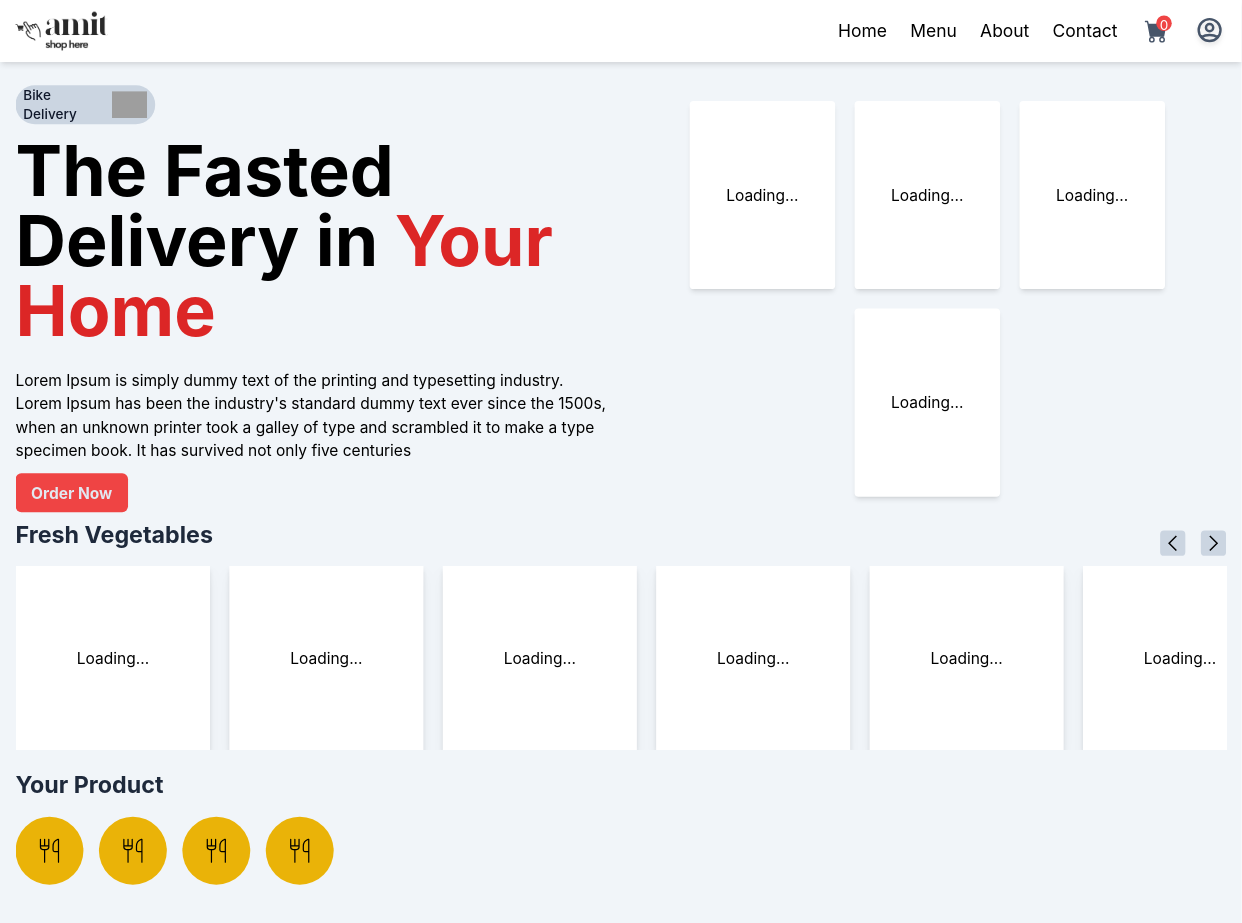
Repository: Lehuyhuynh/Web_ban_hoa_qua
Page: / (app in frontend/)
An editor plug-in stored every save of this project. The page is shown before and after the next save, followed by the edit.
The browser window is 1280 px wide. The pictures show the whole page, at 97% of full size.
Pictures or frames that could not be fetched are drawn as grey boxes. The page's requests for data from a server got no answer. The project was rebuilt for these pictures with package versions that can differ from the ones it lists, and the page was loaded fresh each time. No one was signed in, and anything a server would have sent is missing. Also part of the build but not shown: frontend/src/page/Menu.js, frontend/src/page/About.js, frontend/src/page/Contact.js, frontend/src/page/login.js, frontend/src/utility/ImagetoBase64.js, frontend/src/page/Newproduct.js, frontend/src/page/Signup.js.

Above is the page before, as saved 2024-01-06 20:56:39.

### frontend/src/index.js
import React from "react";
import ReactDOM from "react-dom/client";
import "./index.css";
import App from "./App";
import reportWebVitals from "./reportWebVitals";
import {
  createBrowserRouter,
  createRoutesFromElements,
  Route,
  RouterProvider,
} from "react-router-dom";

import Home from "./page/Home";
import Menu from "./page/Menu";
import About from "./page/About";
import Contact from "./page/Contact";
import Login from "./page/login";
import NewProduct from "./page/Newproduct";
import Signup from "./page/Signup";
import { store } from "./redux/index";
import { Provider } from "react-redux";

const router = createBrowserRouter(
  createRoutesFromElements(
    <Route path="/" element={<App />}>
      <Route index element={<Home />} />
      <Route path="menu" element={<Menu />} />
      <Route path="about" element={<About />} />
      <Route path="contact" element={<Contact />} />
      <Route path="login" element={<Login />} />
      <Route path="newproduct" element={<NewProduct />} />
      <Route path="signup" element={<Signup />} />
    </Route>
  )
);

const root = ReactDOM.createRoot(document.getElementById("root"));
root.render(
  <Provider store={store}>
    <RouterProvider router={router} />
  </Provider>
);

// If you want to start measuring performance in your app, pass a function
// to log results (for example: reportWebVitals(console.log))
// or send to an analytics endpoint. Learn more: https://bit.ly/CRA-vitals
reportWebVitals();

### frontend/src/App.js
import Header from "./component/Header";
import { Outlet } from "react-router-dom";
import toast, { Toaster } from "react-hot-toast";
import { useEffect } from "react";
import { useDispatch, useSelector } from "react-redux";
import { setDataProduct } from "./redux/productSlide";

function App() {
  const dispatch = useDispatch();
  const productData = useSelector((state) => state.product);

  useEffect(() => {
    (async () => {
      const res = await fetch(`${process.env.REACT_APP_SERVER_DOMIN}/product`);
      const resData = await res.json();
      console.log(1, resData);
      dispatch(setDataProduct(resData));
    })();
  }, []);

  return (
    <>
      <Toaster />
      <div>
        <Header />
        <main className="pt-16 bg-slate-100 min-h-[calc(100vh)]">
          <Outlet />
        </main>
      </div>
    </>
  );
}

export default App;

### frontend/src/page/Home.js
import React, { useEffect, useRef, useState } from "react";
import { useSelector } from "react-redux";
import CardFeature from "../component/CardFeature";
import HomeCard from "../component/HomeCard";
import { GrPrevious, GrNext } from "react-icons/gr";
import FilterProduct from "../component/FilterProduct";
// import AllProduct from "../component/AllProduct";
// import { CiForkAndKnife } from "react-icons/ci";

const Home = () => {
  const productData = useSelector((state) => state.product.productList);
  console.log(productData);
  const homeProductCartList = productData.slice(1, 5);
  const homeProductCartListVegetables = productData.filter(
    (el) => el.category === "vegetable",
    []
  );
  const loadingArray = new Array(4).fill(null);
  const slideProductRef = useRef();
  const loadingArrayFeature = new Array(10).fill(null);

  const nextProduct = () => {
    slideProductRef.current.scrollLeft += 200;
  };
  const preveProduct = () => {
    slideProductRef.current.scrollLeft -= 200;
  };

  return (
    <div className="p-2 md:p-4">
      <div className="md:flex gap-4 py-2">
        <div className="md:w-1/2">
          <div className="flex gap-3 bg-slate-300 w-36 px-2 items-center rounded-full">
            <p className="text-sm font-medium text-slate-900">Bike Delivery</p>
            <img
              src="https://cdn-icons-png.flaticon.com/512/2972/2972185.png"
              className="h-7"
            />
          </div>
          <h2 className="text-4xl md:text-7xl font-bold py-3">
            The Fasted Delivery in{" "}
            <span className="text-red-600 text-">Your Home</span>
          </h2>
          <p className="py-3 text-base ">
            Lorem Ipsum is simply dummy text of the printing and typesetting
            industry. Lorem Ipsum has been the industry's standard dummy text
            ever since the 1500s, when an unknown printer took a galley of type
            and scrambled it to make a type specimen book. It has survived not
            only five centuries
          </p>
          <button className="font-bold bg-red-500 text-slate-200 px-4 py-2 rounded-md">
            Order Now
          </button>
        </div>

        <div className="md:w-1/2 flex flex-wrap gap-5 p-4 justify-center">
          {homeProductCartList[0]
            ? homeProductCartList.map((el) => {
                return (
                  <HomeCard
                    key={el._id}
                    id={el._id}
                    image={el.image}
                    name={el.name}
                    price={el.price}
                    category={el.category}
                  />
                );
              })
            : loadingArray.map((el, index) => {
                return (
                  <HomeCard key={index + "loading"} loading={"Loading..."} />
                );
              })}
        </div>
      </div>

      <div className="">
        <div className="flex w-full items-center">
          <h2 className="font-bold text-2xl text-slate-800 mb-4">
            Fresh Vegetables
          </h2>
          <div className="ml-auto flex gap-4">
            <button
              onClick={preveProduct}
              className="bg-slate-300 hover:bg-slate-400 text-lg  p-1 rounded"
            >
              <GrPrevious />
            </button>
            <button
              onClick={nextProduct}
              className="bg-slate-300 hover:bg-slate-400 text-lg p-1 rounded "
            >
              <GrNext />
            </button>
          </div>
        </div>
        <div
          className="flex gap-5 overflow-scroll scrollbar-none scroll-smooth transition-all"
          ref={slideProductRef}
        >
          {homeProductCartListVegetables[0]
            ? homeProductCartListVegetables.map((el) => {
                return (
                  <CardFeature
                    key={el._id + "vegetable"}
                    id={el._id}
                    name={el.name}
                    category={el.category}
                    price={el.price}
                    image={el.image}
                  />
                );
              })
            : loadingArrayFeature.map((el, index) => (
                <CardFeature loading="Loading..." key={index + "cartLoading"} />
              ))}
        </div>
      </div>
      {/* <AllProduct heading={"Your Product"} /> */}

      <div className=" my-5">
        <h2 className="font-bold text-2xl text-slate-800 mb-4">Your Product</h2>

        <div className=" flex gap-4">
          <FilterProduct />
          <FilterProduct />
          <FilterProduct />
          <FilterProduct />
        </div>
      </div>
    </div>
  );
};

export default Home;

### frontend/src/redux/index.js
import { configureStore } from "@reduxjs/toolkit";
import userSliceReducer from "./userSlice";
import productSlideReducer from "./productSlide";

export const store = configureStore({
  reducer: {
    user: userSliceReducer,
    product: productSlideReducer,
  },
});

### frontend/src/component/Header.js
import React, { useState } from "react";
import { Link } from "react-router-dom";
import logo from "../assest/logo .png";
import { HiOutlineUserCircle } from "react-icons/hi";
import { BsCartFill } from "react-icons/bs";
import { useDispatch, useSelector } from "react-redux";
import { logoutRedux } from "../redux/userSlice";
import { toast } from "react-hot-toast";

const Header = () => {
  const [showMenu, setShowMenu] = useState(false);
  const userData = useSelector((state) => state.user);
  const dispatch = useDispatch();

  const handleShowMenu = () => {
    setShowMenu((preve) => !preve);
  };
  const handleLogout = () => {
    dispatch(logoutRedux());
    toast("Logout successfully");
  };

  const cartItemNumber = useSelector((state) => state.product.cartItem);
  return (
    <header className="fixed shadow-md w-full h-16 px-2 md:px-4 z-50 bg-white">
      {/* desktop */}

      <div className="flex items-center h-full justify-between">
        <Link to={""}>
          <div className="h-10">
            <img src={logo} className="h-full" />
          </div>
        </Link>

        <div className="flex items-center gap-4 md:gap-7">
          <nav className="gap-4 md:gap-6 text-base md:text-lg hidden md:flex">
            <Link to={""}>Home</Link>
            <Link to={"menu/63f0fdbb3bcc2f97fa53d25d"}>Menu</Link>
            <Link to={"about"}>About</Link>
            <Link to={"contact"}>Contact</Link>
          </nav>
          <div className="text-2xl text-slate-600 relative">
            <Link to={"cart"}>
              <BsCartFill />
              <div className="absolute -top-1 -right-1 text-white bg-red-500 h-4 w-4 rounded-full m-0 p-0 text-sm text-center ">
                {cartItemNumber.length}
              </div>
            </Link>
          </div>
          <div className=" text-slate-600" onClick={handleShowMenu}>
            <div className="text-3xl cursor-pointer w-8 h-8 rounded-full overflow-hidden drop-shadow-md">
              {userData.image ? (
                <img src={userData.image} className="h-full w-full" />
              ) : (
                <HiOutlineUserCircle />
              )}
            </div>
            {showMenu && (
              <div className="absolute right-2 bg-white py-2  shadow drop-shadow-md flex flex-col min-w-[120px] text-center">
                {userData.email === process.env.REACT_APP_ADMIN_EMAIL && (
                  <Link
                    to={"newproduct"}
                    className="whitespace-nowrap cursor-pointer px-2"
                  >
                    New product
                  </Link>
                )}

                {userData.image ? (
                  <p
                    className="cursor-pointer text-white px-2 bg-red-500"
                    onClick={handleLogout}
                  >
                    Logout ({userData.firstName}){" "}
                  </p>
                ) : (
                  <Link
                    to={"login"}
                    className="whitespace-nowrap cursor-pointer px-2"
                  >
                    Login
                  </Link>
                )}
                <nav className="text-base md:text-lg flex flex-col md:hidden">
                  <Link to={""} className="px-2 py-1">
                    Home
                  </Link>
                  <Link
                    to={"menu/63f0fdbb3bcc2f97fa53d25d"}
                    className="px-2 py-1"
                  >
                    Menu
                  </Link>
                  <Link to={"about"} className="px-2 py-1">
                    About
                  </Link>
                  <Link to={"contact"} className="px-2 py-1">
                    Contact
                  </Link>
                </nav>
              </div>
            )}
          </div>
        </div>
      </div>

      {/* mobile */}
    </header>
  );
};

export default Header;

### frontend/src/redux/productSlide.js
import { createSlice } from "@reduxjs/toolkit";
import { toast } from "react-hot-toast";

const initialState = {
  productList: [],
  cartItem: [],
};

export const productSlice = createSlice({
  name: "product",
  initialState,
  reducers: {
    setDataProduct: (state, action) => {
      console.log(action);
      state.productList = [...action.payload];
    },
    // addCartItem: (state, action) => {
    //   const check = state.cartItem.some((el) => el._id === action.payload._id);
    //   if (check) {
    //     toast("Already Item in Cart");
    //   } else {
    //     toast("Item Add successfully");
    //     const total = action.payload.price;
    //     state.cartItem = [
    //       ...state.cartItem,
    //       { ...action.payload, qty: 1, total: total },
    //     ];
    //   }
    // },
    // deleteCartItem: (state, action) => {
    //   toast("one Item Delete");
    //   const index = state.cartItem.findIndex((el) => el._id === action.payload);
    //   state.cartItem.splice(index, 1);
    //   console.log(index);
    // },
    // increaseQty: (state, action) => {
    //   const index = state.cartItem.findIndex((el) => el._id === action.payload);
    //   let qty = state.cartItem[index].qty;
    //   const qtyInc = ++qty;
    //   state.cartItem[index].qty = qtyInc;

    //   const price = state.cartItem[index].price;
    //   const total = price * qtyInc;

    //   state.cartItem[index].total = total;
    // },
    // decreaseQty: (state, action) => {
    //   const index = state.cartItem.findIndex((el) => el._id === action.payload);
    //   let qty = state.cartItem[index].qty;
    //   if (qty > 1) {
    //     const qtyDec = ++qty;
    //     state.cartItem[index].qty = qtyDec;

    //     const price = state.cartItem[index].price;
    //     const total = price * qtyDec;

    //     state.cartItem[index].total = total;
    //   }
    // },
  },
});

export const {
  setDataProduct,
  // addCartItem,
  // deleteCartItem,
  // increaseQty,
  // decreaseQty,
} = productSlice.actions;

export default productSlice.reducer;

### frontend/src/component/CardFeature.js
import React from "react";
import { useDispatch } from "react-redux";
import { Link } from "react-router-dom";
// import { addCartItem, increaseQty } from "../redux/productSlide";

const CardFeature = ({ image, name, price, category, loading, id }) => {
  const dispatch = useDispatch();

  const handleAddCartProduct = (e) => {
    // dispatch(
    //   addCartItem({
    //     _id: id,
    //     name: name,
    //     price: price,
    //     category: category,
    //     image: image,
    //   })
    // );
  };

  return (
    <div className="w-full min-w-[200px] max-w-[200px] bg-white hover:shadow-lg drop-shadow-lg py-5 px-4 cursor-pointer flex flex-col ">
      {" "}
      {image ? (
        <>
          <Link
            to={`/menu/${id}`}
            onClick={() => window.scrollTo({ top: "0", behavior: "smooth" })}
          >
            <div className="h-28 flex flex-col justify-center items-center">
              <img src={image} className="h-full" />
            </div>
            <h3 className="font-semibold text-slate-600  capitalize text-lg mt-4 whitespace-nowrap overflow-hidden">
              {name}
            </h3>
            <p className=" text-slate-500  font-medium">{category}</p>
            <p className=" font-bold">
              <span>{price}</span>
              <span className="text-red-500">đ</span>
            </p>
          </Link>
          <button
            className="bg-yellow-500 py-1 mt-2 rounded hover:bg-yellow-600 w-full"
            onClick={handleAddCartProduct}
          >
            Add Cart
          </button>
        </>
      ) : (
        <div className="min-h-[150px] flex justify-center items-center">
          <p>{loading}</p>
        </div>
      )}
    </div>
  );
};

export default CardFeature;

### frontend/src/component/HomeCard.js
import React from "react";
import { Link } from "react-router-dom";

const HomeCard = ({ name, image, category, price, loading, id }) => {
  return (
    <div className="bg-white shadow-md p-2 rounded min-w-[150px]">
      {name ? (
        <>
          <Link
            to={`/menu/${id}`}
            onClick={() => window.scrollTo({ top: "0", behavior: "smooth" })}
          >
            <div className="w-40 min-h-[150px]">
              <img src={image} className="h-full w-full" />
            </div>
            <h3 className="font-semibold text-slate-600 text-center capitalize text-lg">
              {name}
            </h3>
            <p className="text-center text-slate-500  font-medium">
              {category}
            </p>
            <p className="text-center font-bold">
              {/* <span className="text-red-500">đ</span> */}
              <span>{price}</span>
              <span className="text-red-500">đ</span>
            </p>
          </Link>
        </>
      ) : (
        <div className="flex justify-center items-center h-full">
          <p>{loading}</p>
        </div>
      )}
    </div>
  );
};

export default HomeCard;

### frontend/src/component/FilterProduct.js
import React from "react";
import { CiForkAndKnife } from "react-icons/ci";

const FilterProduct = ({ category, onClick, isActive }) => {
  return (
    <div onClick={onClick}>
      <div
        className={`text-3xl p-5  rounded-full cursor-pointer ${
          isActive ? "bg-red-600 text-white" : "bg-yellow-500"
        }`}
      >
        <CiForkAndKnife />
      </div>
      <p className="text-center font-medium my-1 capitalize">{category}</p>
    </div>
  );
};

export default FilterProduct;

### frontend/src/redux/userSlice.js
import { createSlice } from "@reduxjs/toolkit";

const initialState = {
  email: "",
  firstName: "",
  image: "",
  lastName: "",
  _id: "",
};

export const userSlice = createSlice({
  name: "user",
  initialState,
  reducers: {
    loginRedux: (state, action) => {
      console.log(action.payload.data);
      console.log(action);
      // state.user = action.payload.data;
      state._id = action.payload.data._id;
      state.firstName = action.payload.data.firstName;
      state.lastName = action.payload.data.lastName;
      state.email = action.payload.data.email;
      state.image = action.payload.data.image;
    },
    logoutRedux: (state, action) => {
      state._id = "";
      state.firstName = "";
      state.lastName = "";
      state.email = "";
      state.image = "";
    },
  },
});

export const { loginRedux, logoutRedux } = userSlice.actions;

export default userSlice.reducer;

### frontend/tailwind.config.js
/** @type {import('tailwindcss').Config} */
module.exports = {
  content: ["./src/**/*.{html,js}"],
  theme: {
    extend: {},
  },
  plugins: [
    // ...
    require("tailwind-scrollbar")({ nocompatible: true }),
  ],
};

Loaded but not shown: frontend/public/index.html (common file); frontend/src/index.css (common file); frontend/src/reportWebVitals.js (common file)

After the next save:
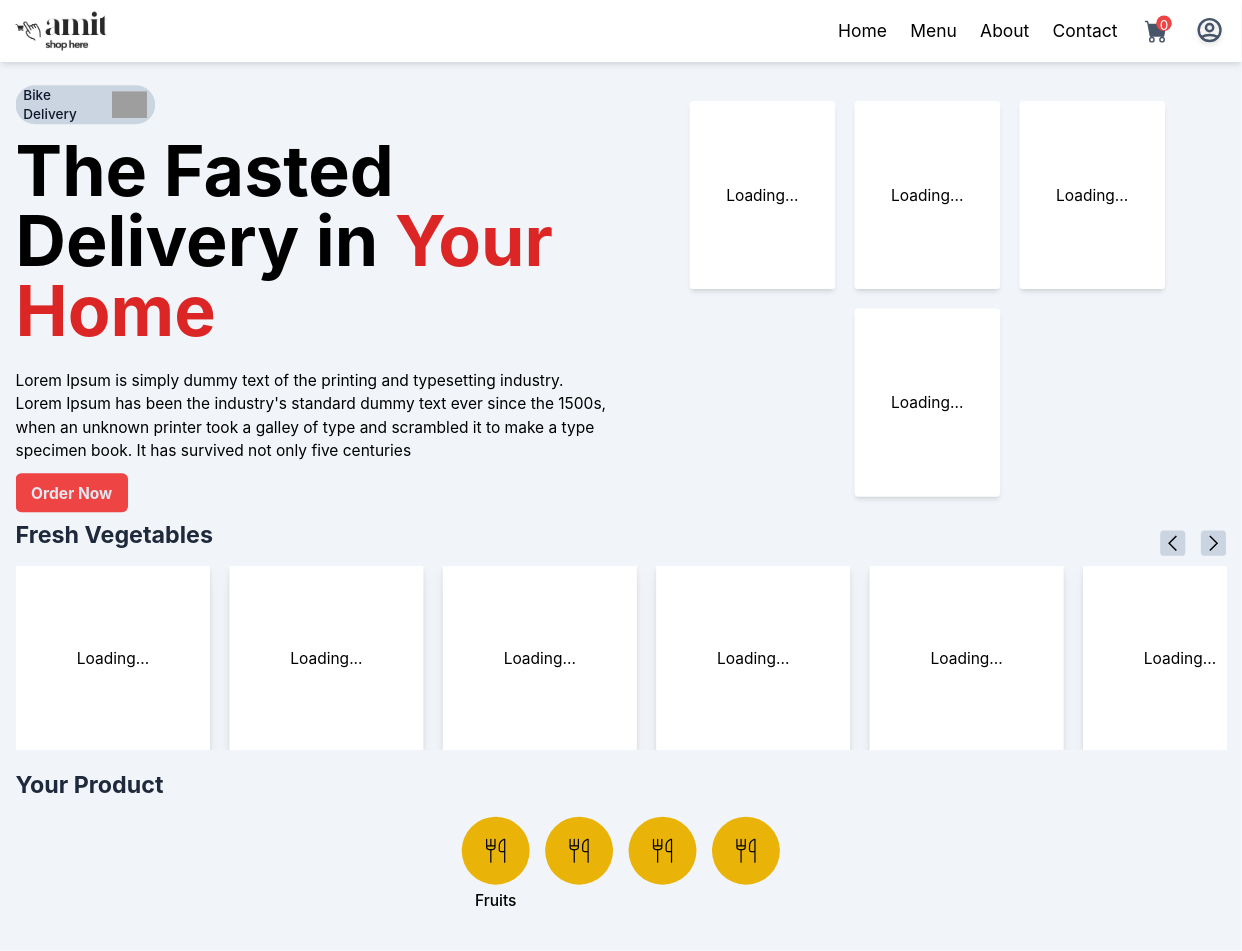
Saved 2 min 46 s later.
--- a/frontend/src/page/Home.js
+++ b/frontend/src/page/Home.js
@@ -122,8 +122,11 @@ const Home = () => {
       <div className=" my-5">
         <h2 className="font-bold text-2xl text-slate-800 mb-4">Your Product</h2>
 
-        <div className=" flex gap-4">
-          <FilterProduct />
+        <div
+          className=" flex gap-4 justify-center
+        "
+        >
+          <FilterProduct category="fruits" />
           <FilterProduct />
           <FilterProduct />
           <FilterProduct />
